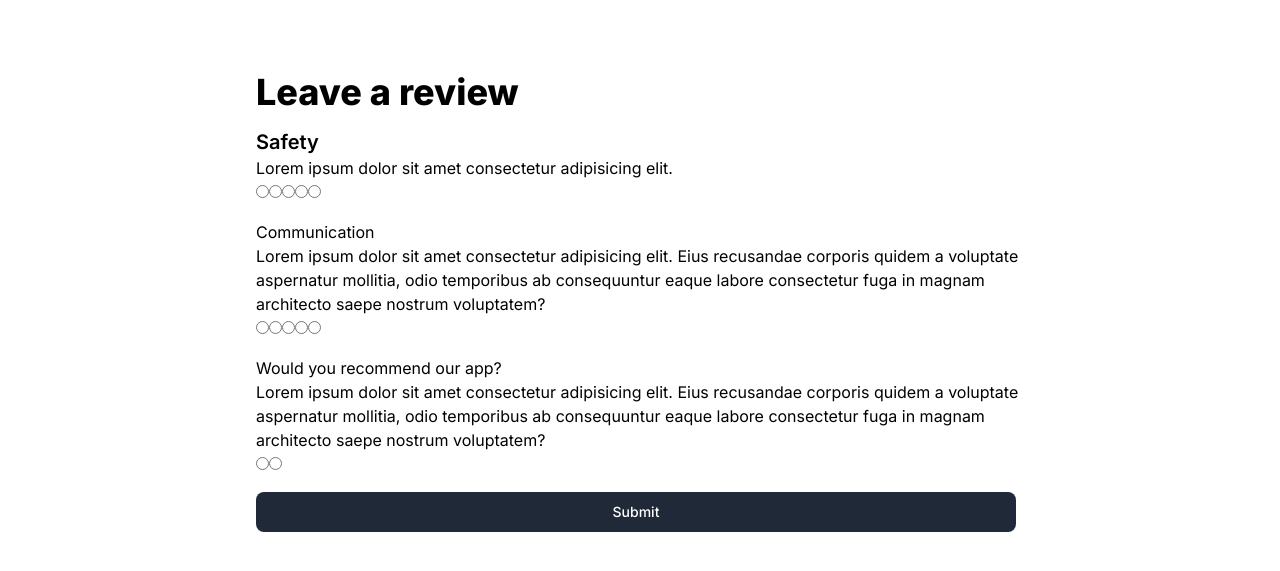
Repository: akankshaajoshi/review-form
Page: /review
These files come from the project's save history. The page is drawn as it stood at one moment and after the next save; the edit follows.
The browser window is 1280 px wide. The pictures show the whole page.
The project was rebuilt for these pictures with package versions that can differ from the ones it lists, and the page was loaded fresh each time. The framework's server and built-in components were replaced by stand-ins that run in the browser. Also part of the build but not shown: next.config.mjs.

Above is the page before, as saved 2024-05-25 12:35:12.

After the next save:
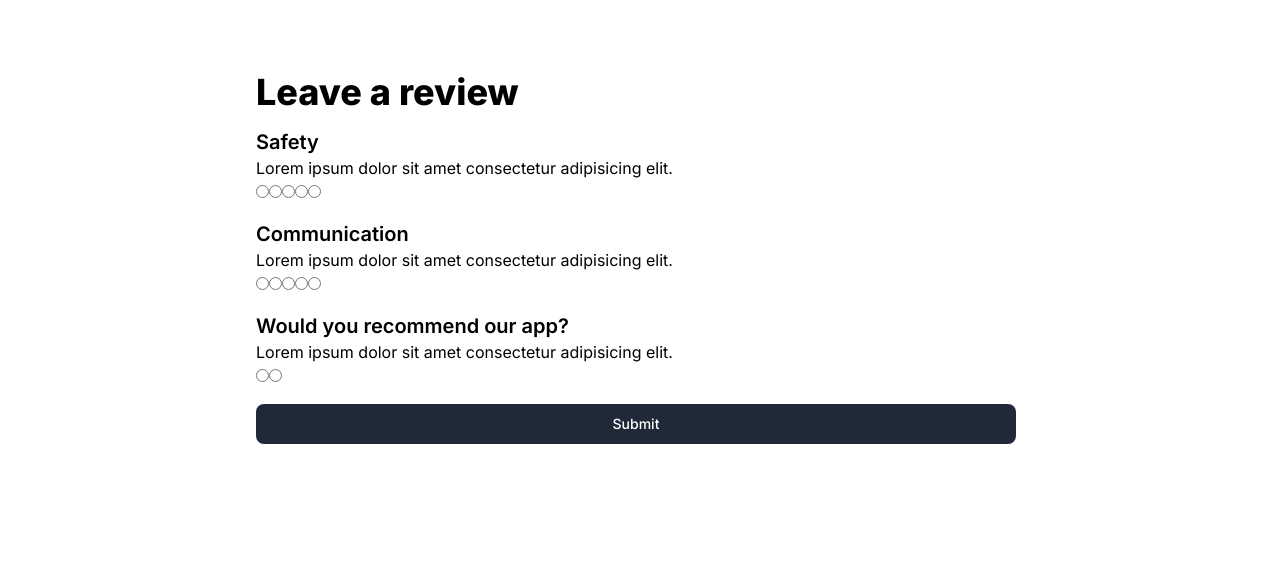
Saved 36 s later.
--- a/app/(routes)/review/page.tsx
+++ b/app/(routes)/review/page.tsx
@@ -34,8 +34,8 @@ export default function Review(){
                     })}
                 </fieldset>
                 <fieldset>
-                    <label htmlFor="communication">Communication</label>
-                    <p>Lorem ipsum dolor sit amet consectetur adipisicing elit. Eius recusandae corporis quidem a voluptate aspernatur mollitia, odio temporibus ab consequuntur eaque labore consectetur fuga in magnam architecto saepe nostrum voluptatem?</p>
+                    <label htmlFor="communication" className="text-xl font-semibold">Communication</label>
+                    <p>Lorem ipsum dolor sit amet consectetur adipisicing elit. </p>
                     {ratings.map((item, index) =>{
                         return (
                             <input key={index} type="radio" name="communication" id={item.toString()} value={item}/>
@@ -43,8 +43,8 @@ export default function Review(){
                     })}
                 </fieldset>
                 <fieldset>
-                    <label htmlFor="recommend">Would you recommend our app? </label>
-                    <p>Lorem ipsum dolor sit amet consectetur adipisicing elit. Eius recusandae corporis quidem a voluptate aspernatur mollitia, odio temporibus ab consequuntur eaque labore consectetur fuga in magnam architecto saepe nostrum voluptatem?</p>
+                    <label htmlFor="recommend" className="text-xl font-semibold">Would you recommend our app? </label>
+                    <p>Lorem ipsum dolor sit amet consectetur adipisicing elit. </p>
                     <input type="radio" name="recommend" id="true" value="true" />
                     <input type="radio" name="recommend" id="false" value="false"/>
                 </fieldset>
